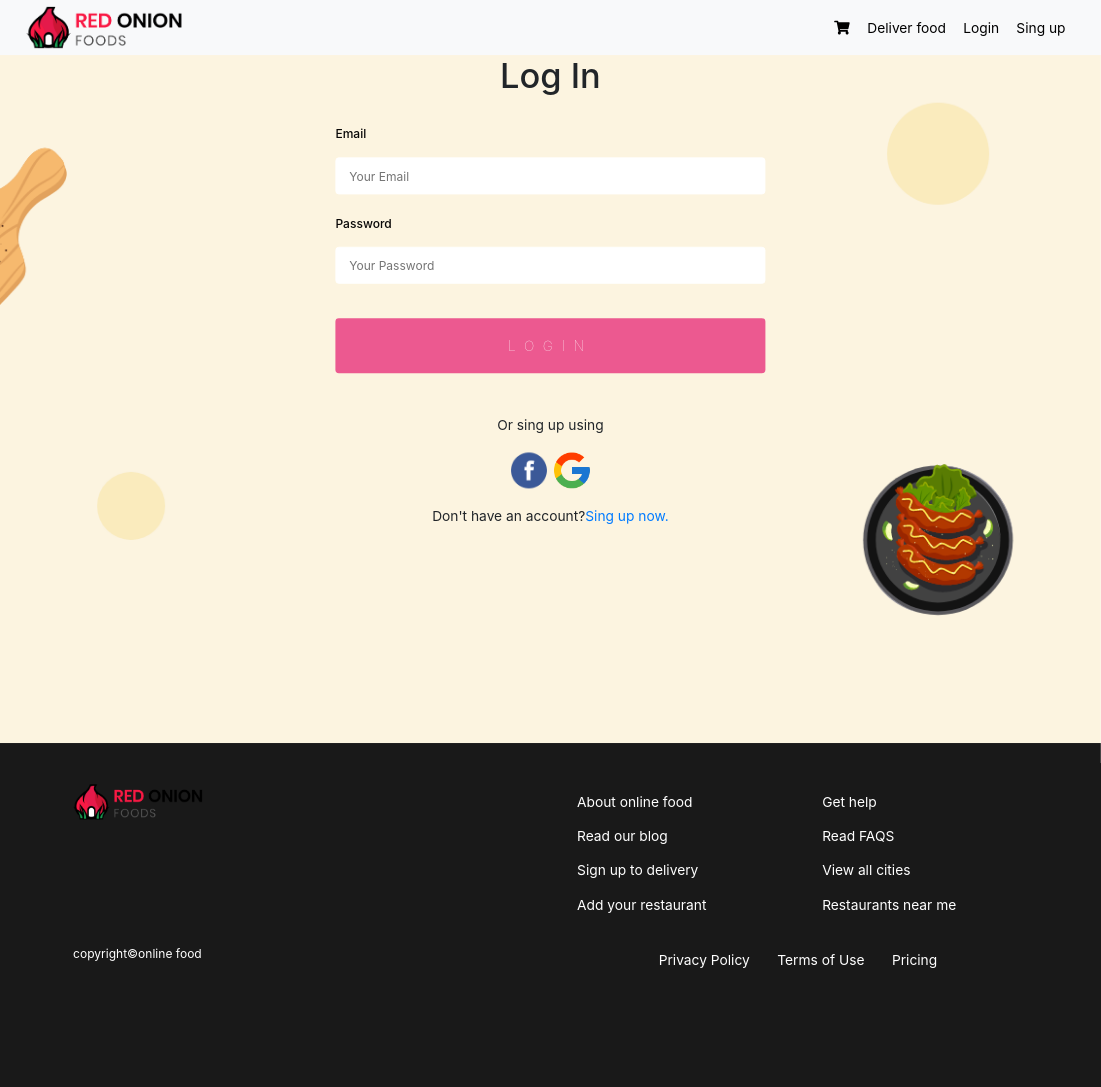
Repository: arif286/red-onion-client
Page: /login
These files come from the project's save history. The page is drawn as it stood at one moment and after the next save; the edit follows.
The browser window is 1280 px wide. The pictures show the whole page, at 86% of full size.
The project was rebuilt for these pictures with package versions that can differ from the ones it lists, and the page was loaded fresh each time. Also part of the build but not shown: src/App.css, src/components/Cart/Cart.js, src/components/SearchBar/SearchBar.css, src/components/SearchBar/SearchBar.js, src/components/FoodDetails/FoodDetail.css, src/components/FoodDetails/FoodDetail.js, src/components/DeliveryFood/DeliveryFood.js, src/components/Food/Food.css and 5 more.

Above is the page before, as saved 2021-03-26 14:55:27.

### src/App.js
import "bootstrap/dist/css/bootstrap.min.css";
import React, { createContext, useState } from "react";
import { BrowserRouter as Router, Route, Switch } from "react-router-dom";
import './App.css';
import Cart from "./components/Cart/Cart";
import FoodDetail from "./components/FoodDetails/FoodDetail";
import Footer from "./components/Footer/Footer";
import Header from "./components/Header/Header";
import Home from './components/Home/Home';
import Login from "./components/LogIn/Login";
import PrivateRoute from "./components/PrivateRoute/PrivateRoute";
import SingUp from "./components/SingUp/SingUp";


export const UserContext = createContext();
function App() {
  const [loggedInUser, setLoggedInUser] = useState({});
  return (
    <UserContext.Provider value={[loggedInUser, setLoggedInUser]}>
      <Router>
        <Header />
        <Switch>
          <Route path="/home">
            <Home />
          </Route>
          <Route path="/signUp">
            <SingUp />
          </Route>
          <Route path="/login">
            <Login />
          </Route>
          <Route path="/food/details/:foodId">
            <FoodDetail />
          </Route>
          <PrivateRoute>
            <Cart/>
          </PrivateRoute>
          <Route exact path="/">
            <Home/>
          </Route>
        </Switch>
        <Footer />
      </Router>
    </UserContext.Provider>
  );

}

export default App;

### src/components/Footer/Footer.js
import React from 'react';
import { NavLink } from 'react-bootstrap';
import Logo from '../../onion-restaurent/logo2.png';
import './Footer.css';

const Footer = () => {
    return (
      <footer>
        <div className="container">
          <div className="row pt-5">
            <div className="col-md-6 col-sm-12 pb-4">
              <img className="footer-img" src={Logo} alt="" />
            </div>
            <div className="col-md-3 col-sm-12 pb-4">
              <ul className="nav flex-column">
                <li className="nav-item">
                  <NavLink
                    className="nav-link active footer-link"
                    aria-current="page"
                    to="/"
                  >
                    About online food
                  </NavLink>
                </li>
                <li className="nav-item">
                  <NavLink className="nav-link footer-link" to="/">
                    Read our blog
                  </NavLink>
                </li>
                <li className="nav-item">
                  <NavLink className="nav-link footer-link" to="/">
                    Sign up to delivery
                  </NavLink>
                </li>
                <li className="nav-item">
                  <NavLink className="nav-link footer-link" to="/">
                    Add your restaurant
                  </NavLink>
                </li>
              </ul>
            </div>
            <div className="col-md-3 col-sm-12 pb-4">
              <ul className="nav flex-column">
                <li className="nav-item">
                  <NavLink
                    className="nav-link footer-link"
                    aria-current="page"
                    to="/"
                  >
                    Get help
                  </NavLink>
                </li>
                <li className="nav-item">
                  <NavLink className="nav-link footer-link" to="/">
                    Read FAQS
                  </NavLink>
                </li>
                <li className="nav-item">
                  <NavLink className="nav-link footer-link" to="/">
                    View all cities
                  </NavLink>
                </li>
                <li className="nav-item">
                  <NavLink className="nav-link footer-link" to="/">
                    Restaurants near me
                  </NavLink>
                </li>
              </ul>
            </div>
          </div>

          <div className="row">
            <div className="col-md-7">
              <p className='copy-right'>
                <small>
                  copyright<span>&#169;</span>online food
                </small>
              </p>
            </div>
            <div className="col-md-5">
              <div className='d-flex'>
                <NavLink className="footer-link">Privacy Policy</NavLink>
                <NavLink className="footer-link">Terms of Use</NavLink>
                <NavLink className="footer-link">Pricing</NavLink>
              </div>
            </div>
          </div>
        </div>
      </footer>
    );
};

export default Footer;

### src/components/Header/Header.js
import { faShoppingCart } from "@fortawesome/free-solid-svg-icons";
import { FontAwesomeIcon } from "@fortawesome/react-fontawesome";
import React from 'react';
import { NavLink } from "react-router-dom";
import logo from '../../onion-restaurent/logo2.png';
import './Header.css';
const cart = <FontAwesomeIcon icon={faShoppingCart} />;
const Header = () => {
    const header = {
        logo : {width: '180px'}
    }
    return (
      <div>
        <nav className="navbar navbar-expand-lg navbar-light bg-light">
          <div className="container-fluid">
            <div>
              <img style={header.logo} src={logo} alt="" />
            </div>
            <button
              className="navbar-toggler"
              type="button"
              data-bs-toggle="collapse"
              data-bs-target="#navbarNav"
              aria-controls="navbarNav"
              aria-expanded="false"
              aria-label="Toggle navigation"
            >
              <span className="navbar-toggler-icon"></span>
            </button>
            <div
              className="collapse  navbar-collapse justify-content-end"
              id="navbarNav"
            >
              <ul className="navbar-nav">
                <li className="nav-item">
                  <NavLink className="header-link" to="/">
                    {cart}
                  </NavLink>
                </li>
                <li className="nav-item">
                  <NavLink className="header-link" to="/cart">
                    Deliver food
                  </NavLink>
                </li>
                <li className="nav-item">
                  <NavLink className="header-link" to="/login">
                    Login
                  </NavLink>
                </li>
                <li className="nav-item">
                  <NavLink className="header-link" to="/signUp">
                    Sing up
                  </NavLink>
                </li>
              </ul>
            </div>
          </div>
        </nav>
      </div>
    );
};

export default Header;

### src/components/LogIn/Login.js
import React, { useContext } from "react";
import { useForm } from "react-hook-form";
import { Link } from "react-router-dom";
import { UserContext } from "../../App";
import image from "../../onion-restaurent/bannerbackground.png";
import { initializeLoginFramework, logInWithEmailPassword } from "./LoginManager";
import WithoutLogin from "./WithoutLogin";


const bgImage = {
  backgroundImage: `url(${image})`,
  backgroundRepeat: "no-repeat, repeat",
  minHeight: "800px",
  backgroundSize: "cover",
  backgroundPosition: "bottom",
};
const Login = () => {
  const [loggedInUser, setLoggedInUser] = useContext(UserContext);
  // const [newLogInUser, setNewLogInUser] = useState({
  //   isSignedIn: false,
  //   name: '',
  //   email: '',
  //   password: '',
  //   photo: '',
  //   phone: ''
  // });


  const { register, handleSubmit, errors } = useForm();
  const onSubmit = (data) => {
      initializeLoginFramework();
      const {email, password} = data
      logInWithEmailPassword(email, password)
        .then(res => {
          setLoggedInUser(res);
        })
        .catch(error => {
          setLoggedInUser(error);
        })
  };

  return (
    <div style={bgImage}>
      <h1 className="form-header">Log In</h1>
      <form className="form-submit" onSubmit={handleSubmit(onSubmit)}>
        <label htmlFor="email">Email</label>
        <input
          defaultValue={loggedInUser?.email}
          name="email"
          placeholder="Your Email"
          type="email"
          ref={register({
            required: true,
            pattern: /^(([^<>()[\]\\.,;:\s@"]+(\.[^<>()[\]\\.,;:\s@"]+)*)|(".+"))@((\[[0-9]{1,3}\.[0-9]{1,3}\.[0-9]{1,3}\.[0-9]{1,3}\])|(([a-zA-Z\-0-9]+\.)+[a-zA-Z]{2,}))$/,
          })}
        />
        {errors.email && <p>Your email is invalid</p>}
        <label htmlFor="password">Password</label>
        <input
          defaultValue={loggedInUser?.password}
          name="password"
          placeholder="Your Password"
          type="password"
          ref={register({
            required: true,
            pattern: /^(?=.*\d)(?=.*[a-z])(?=.*[A-Z]).{6,20}$/,
          })}
        />
        {errors.password && (
          <p>
            password between 6 to 20 characters which contain one numeric digit,
            one uppercase and one lowercase letter.
          </p>
        )}

        <input type="submit" value="Login" />
        {setLoggedInUser.success && (
          <p className="text-center">{setLoggedInUser.error}</p>
        )}
      </form>
      <div>
        <WithoutLogin />
        <p className="text-center">
          Don't have an account?
          <Link to="/singUp">Sing up now.</Link>
        </p>
      </div>
    </div>
  );
};

export default Login;

### src/components/Footer/Footer.css
.footer-img {
  width: 150px;
}
footer {
  background-color: #191919;
  height: 400px;
}
.footer-link {
  color: white;
}
.footer-link:hover {
  color: #878787;
}
.copy-right {
  color: white;
}

### src/components/Header/Header.css
.header-link {
  color: black;
  display: inline-block;
  padding: 10px;
}
.header-link:hover {
  text-decoration: none;
  color: #777777;
}

### src/components/LogIn/LoginManager.js
import firebase from "firebase/app";
import "firebase/auth";
import firebaseConfig from "./firebase.config";


export const initializeLoginFramework = () => {
  if (firebase.apps.length === 0) {
    firebase.initializeApp(firebaseConfig);
  }
};

const provider = new firebase.auth.GoogleAuthProvider();

export const handleGoogleSingIn = () => {
    return firebase
      .auth()
      .signInWithPopup(provider)
      .then((result) => {

          const { displayName, email, phoneNumber, photoURL } = result.user;
          const signInUser = {
              isSignIn: true,
              name: displayName,
              email: email,
              phone: phoneNumber,
              photo: photoURL,
          };
          return signInUser;
      })
      .catch((error) => {
        // Handle Errors here.
        const signInUser = {
          isSignIn: false,
          name: '',
          email: '',
          password: '',
          phone: '',
          photo: '',
        }
        signInUser.error = error.message;
        return signInUser;
      });
}
export const logInWithEmailPassword = (email, password) => {
    return firebase
      .auth()
      .signInWithEmailAndPassword(email, password)
      .then(res => {
        const newUserInfo = res.user
        newUserInfo.error = '';
        newUserInfo.success = true;
        return newUserInfo;
          })
      .catch((error) => {
        const newUserInfo = {}
        newUserInfo.error = error.message;
        newUserInfo.success = false;
        console.log(error.message)
        return newUserInfo;
      });
}

export const createAccountWithEmailPassword = (email, password, name) => {
  return firebase
    .auth()
    .createUserWithEmailAndPassword(email, password)
    .then((res) => {
      const newUserInfo = res.user
      newUserInfo.error = '';
      newUserInfo.success = true;
      updateUserName(name);
      return newUserInfo;
    })
    .catch((error) => {
      console.log(error);
      const newUserInfo = {}
      newUserInfo.error = error.message;
      newUserInfo.success = false;
      return newUserInfo;
    });
};

const updateUserName = (name) => {
  const user = firebase.auth().currentUser;

  user
    .updateProfile({
      displayName: name,
    })
    .then(function () {
      // Update successful.
      console.log("user name update");
    })
    .catch(function (error) {
      // An error happened.
      console.log(error);
    });
};

const fbProvider = new firebase.auth.FacebookAuthProvider();

export const handleFacebookSignIn = () => {
   return firebase
    .auth()
    .signInWithPopup(fbProvider)
    .then((result) => {
      const { displayName, email, phoneNumber, photoURL } = result.user;
      const signInUser = {
        isSignIn: true,
        name: displayName,
        email: email,
        phone: phoneNumber,
        photo: photoURL,
      };
      return signInUser;
    })
     .catch((error) => {
      console.log(error);
      const signInUser = {
        isSignIn: false,
        name: "",
        email: "",
        password: "",
        phone: "",
        photo: "",
      };
      signInUser.error = error.message;
      return signInUser;
    });
}

### src/components/LogIn/WithoutLogin.js
import React, { useContext } from 'react';
import { useHistory, useLocation } from "react-router-dom";
import { UserContext } from '../../App';
import facebook from "../../onion-restaurent/ICON/Facebook.png";
import google from "../../onion-restaurent/ICON/Google.png";
import "./Login.css";
import {
    handleFacebookSignIn,
    handleGoogleSingIn,
    initializeLoginFramework
} from "./LoginManager";


const WithoutLogin = () => {
    const [loggedInUser, setLoggedInUser] = useContext(UserContext);
    const history = useHistory();
    const location = useLocation();
    const { from } = location.state || { from: { pathname: "/" } };

    initializeLoginFramework();

      const handleGoogleLogin = () => {
        handleGoogleSingIn().then((res) => {
          console.log(res);
          setLoggedInUser(res);
          history.replace(from);
        });
        console.log("click me");
    };

      const handleFacebookLogin = () => {
        handleFacebookSignIn()
          .then((res) => {
            setLoggedInUser(res);
          })
          .catch((error) => {
            setLoggedInUser(error);
          });
      };
    return (
      <div className="mt-5">
        <p className="text-center">Or sing up using</p>
        <div className="d-flex justify-content-center">
          <p className="icon">
            <img onClick={handleFacebookLogin} src={facebook} alt="" />
          </p>
          <p className="icon">
            <img onClick={handleGoogleLogin} src={google} alt="" />
          </p>
        </div>
      </div>
    );
};

export default WithoutLogin;

### src/components/SingUp/SingUp.css
.form-submit {
  max-width: 500px;
  margin: 0 auto;
}

.form-header {
  /* font-weight: 100; */
  text-align: center;
  padding-bottom: 10px;
}

.form {
  background: #0e101c;
  max-width: 400px;
  margin: 0 auto;
}

.form-submit p {
  color: #bf1650;
}

.form-submit p::before {
  display: inline;
  content: "⚠ ";
}

.form-submit input {
  display: block;
  box-sizing: border-box;
  width: 100%;
  border-radius: 4px;
  border: 1px solid white;
  padding: 10px 15px;
  margin-bottom: 10px;
  font-size: 14px;
}

.form-submit label {
  line-height: 2;
  text-align: left;
  display: block;
  margin-bottom: 13px;
  margin-top: 20px;
  color: #080707;
  font-size: 14px;
  font-weight: 500;
}

button[type="submit"],
.form-submit input[type="submit"] {
  background: #ec5990;
  color: white;
  text-transform: uppercase;
  border: none;
  margin-top: 40px;
  padding: 20px;
  font-size: 16px;
  font-weight: 100;
  letter-spacing: 10px;
}

button[type="submit"]:hover,
.form-submit input[type="submit"]:hover {
  background: #bf1650;
}

/* button[type="submit"]:active,
.form-submit input[type="button"]:active,
.form-submit input[type="submit"]:active {
  transition: 0.3s all;
  transform: translateY(3px);
  border: 1px solid transparent;
  opacity: 0.8;
}

.form-submit input:disabled {
  opacity: 0.4;
}

.form-submit input[type="button"]:hover {
  transition: 0.3s all;
}

button[type="submit"],
.form-submit input[type="button"],
.form-submit input[type="submit"] {
  -webkit-appearance: none;
}

.App {
  max-width: 600px;
  margin: 0 auto;
}

button[type="button"] {
  display: block;
  appearance: none;
  background: #333;
  color: white;
  border: none;
  text-transform: uppercase;
  padding: 10px 20px;
  border-radius: 4px;
}

pre {
  color: white;
}

hr {
  margin-top: 30px;
}

button {
  display: block;
  appearance: none;
  margin-top: 40px;
  border: 1px solid #333;
  margin-bottom: 20px;
  text-transform: uppercase;
  padding: 10px 20px;
  border-radius: 4px;
} */

### src/components/LogIn/firebase.config.js
const firebaseConfig = {
  apiKey: "AIzaSyBWzfoc-TsST_RbsttCqWiNlDbUF6bRq4I",
  authDomain: "red-onion-food-shop.firebaseapp.com",
  projectId: "red-onion-food-shop",
  storageBucket: "red-onion-food-shop.appspot.com",
  messagingSenderId: "577645791834",
  appId: "1:577645791834:web:0a8111144bda71c388e663",
};
export default firebaseConfig;

### src/components/LogIn/Login.css
.icon img {
  width: 50px;
}

Loaded but not shown: public/index.html (common file); src/index.js (common file); src/index.css (common file); src/reportWebVitals.js (common file)

After the next save:
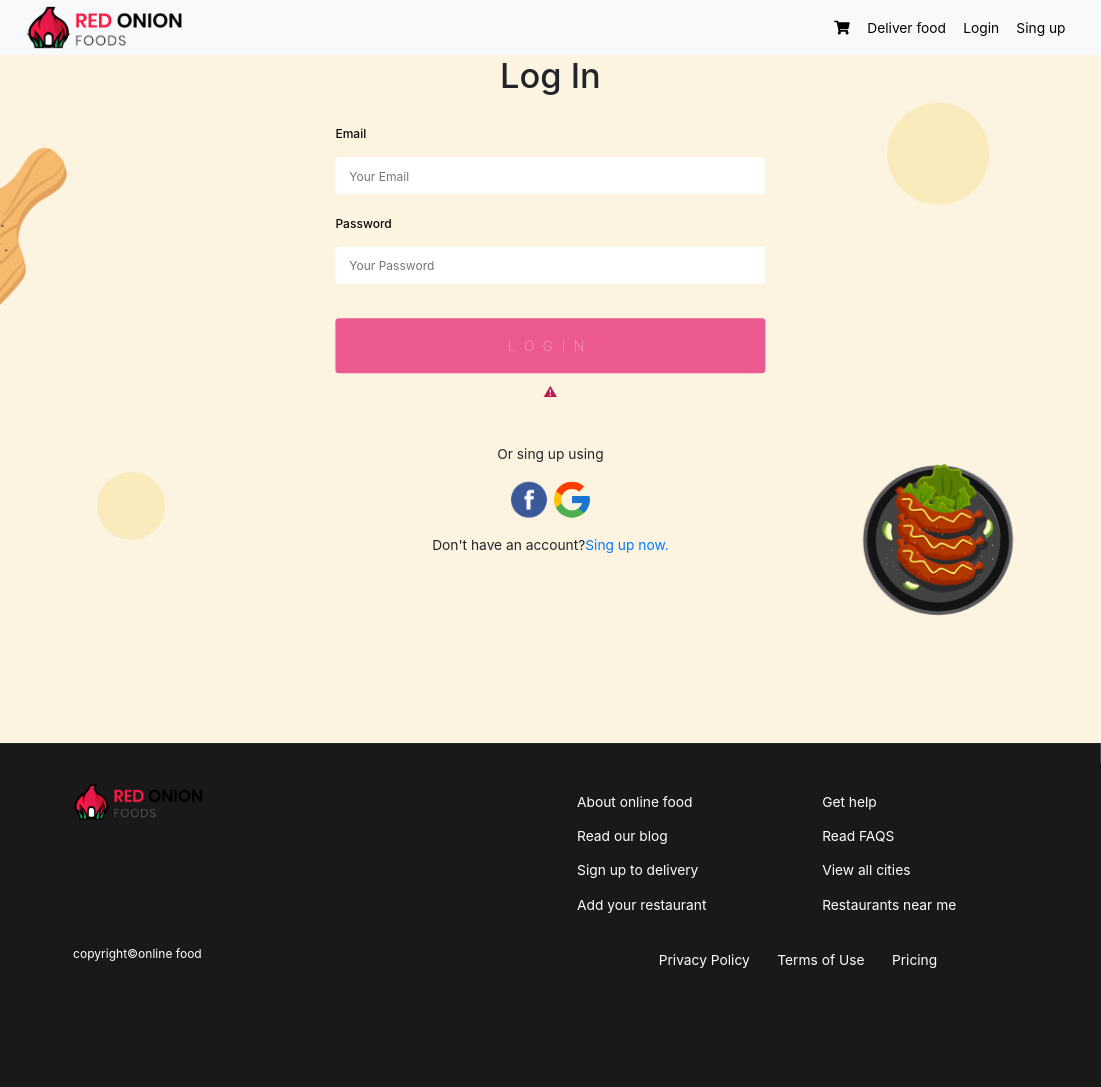
Saved 2 min 52 s later.
--- a/src/components/LogIn/Login.js
+++ b/src/components/LogIn/Login.js
@@ -1,6 +1,6 @@
 import React, { useContext } from "react";
 import { useForm } from "react-hook-form";
-import { Link } from "react-router-dom";
+import { Link, useHistory } from "react-router-dom";
 import { UserContext } from "../../App";
 import image from "../../onion-restaurent/bannerbackground.png";
 import { initializeLoginFramework, logInWithEmailPassword } from "./LoginManager";
@@ -25,7 +25,7 @@
   //   phone: ''
   // });
 
-
+  let history = useHistory()
   const { register, handleSubmit, errors } = useForm();
   const onSubmit = (data) => {
       initializeLoginFramework();
@@ -33,6 +33,7 @@
       logInWithEmailPassword(email, password)
         .then(res => {
           setLoggedInUser(res);
+          history.push('/home')
         })
         .catch(error => {
           setLoggedInUser(error);
@@ -74,7 +75,7 @@
         )}
 
         <input type="submit" value="Login" />
-        {setLoggedInUser.success && (
+        {!setLoggedInUser.success && (
           <p className="text-center">{setLoggedInUser.error}</p>
         )}
       </form>

After the save that followed:
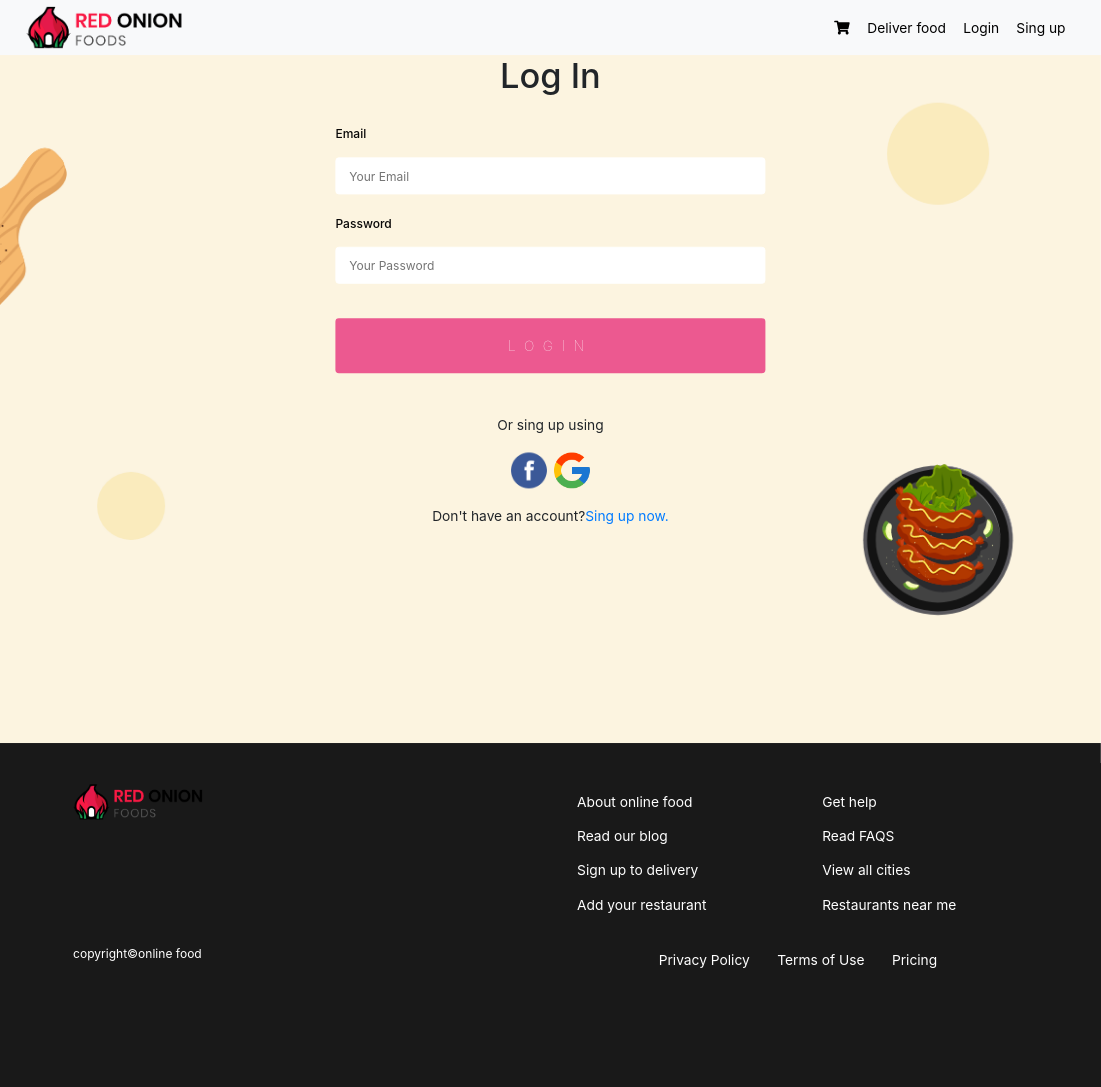
Saved 19 s later.
--- a/src/components/LogIn/Login.js
+++ b/src/components/LogIn/Login.js
@@ -73,12 +73,11 @@
             one uppercase and one lowercase letter.
           </p>
         )}
-
         <input type="submit" value="Login" />
-        {!setLoggedInUser.success && (
-          <p className="text-center">{setLoggedInUser.error}</p>
-        )}
       </form>
+      {!setLoggedInUser.success && (
+        <p className="text-center">{setLoggedInUser.error}</p>
+      )}
       <div>
         <WithoutLogin />
         <p className="text-center">
